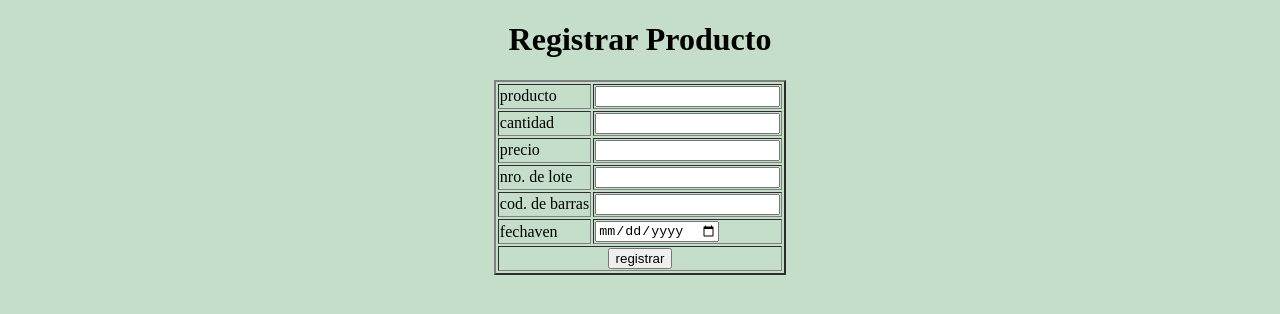
Repository: DannyVess/LPII_CL2_LEON
Page: http://localhost/LPII_CL2_LEONALMERCODANIEL/FrmActualizarProveedor.jsp
The author's editor kept a copy of each file at every save. The page is drawn from the files as they stood at one save, then again after the next save.
The browser window is 1280 px wide. The pictures show the whole page.
The page is served by Tomcat 9.

Above is the page before, as saved 2025-02-09 22:54:01.

After the next save:
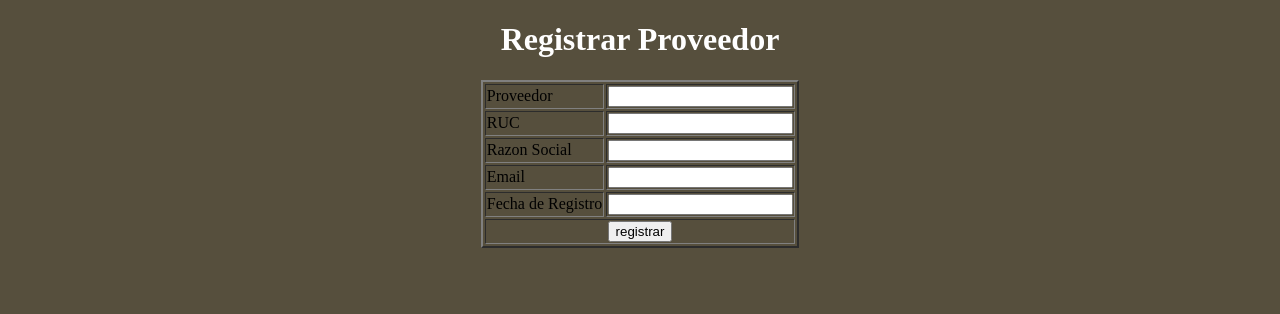
Saved 96 s later.
--- a/LPII_CL2_LEONALMERCODANIEL/src/main/webapp/FrmActualizarProveedor.jsp
+++ b/LPII_CL2_LEONALMERCODANIEL/src/main/webapp/FrmActualizarProveedor.jsp
@@ -4,42 +4,40 @@
 <html>
 <head>
 <meta http-equiv="Content-Type" content="text/html; charset=ISO-8859-1">
-<title>Registrar Producto</title>
+<title>Lista Proveedores</title>
 </head>
-<body bgcolor="#c5dec9">
-<h1 align="center">Registrar Producto</h1>
+<body bgcolor="#564f3d">
+	<h1 align="center" style="color: white;">Registrar Proveedor</h1>
 
-<form method="post" action="ControladorProducto">
-<table align="center" border="2">
-<tr>
-<td>producto</td>
-<td><input type="text" name="producto"></td>
-</tr>
-<tr>
-<td>cantidad</td>
-<td><input type="text" name="cantidad"></td>
-</tr>
-<tr>
-<td>precio</td>
-<td><input type="text" name="precio"></td>
-</tr>
-<tr>
-<td>nro. de lote</td>
-<td><input type="text" name="lote"></td>
-</tr>
-<tr>
-<td>cod. de barras</td>
-<td><input type="text" name="codbarras"></td>
-</tr>
-<tr>
-<td>fechaven</td>
-<td><input  type="date" name="fechaven"></td>
-</tr>
-<tr>
-<td colspan="2" align="center">
-<input type="submit"  value="registrar"></td>
-</tr>
-</table>
-</form>
+	<table align="center" border="2">
+		<form method="post" action="ControladorProveedor">
+			<tr>
+				<td>Proveedor</td>
+				<td><input type="text" name="proveedor"></td>
+			</tr>
+			<tr>
+				<td>RUC</td>
+				<td><input type="text" name="ruc"></td>
+			</tr>
+			<tr>
+				<td>Razon Social</td>
+				<td><input type="text" name="rsocial"></td>
+			</tr>
+			<tr>
+				<td>Email</td>
+				<td><input type="text" name="correo"></td>
+			</tr>
+			<tr>
+				<td>Fecha de Registro</td>
+				<td><input type="text" name="fecha"></td>
+			</tr>
+
+			<tr>
+				<td colspan="2" align="center"><input type="submit"
+					value="registrar"></td>
+			</tr>
+		</form>
+	</table>
+
 </body>
 </html>

After the save that followed:
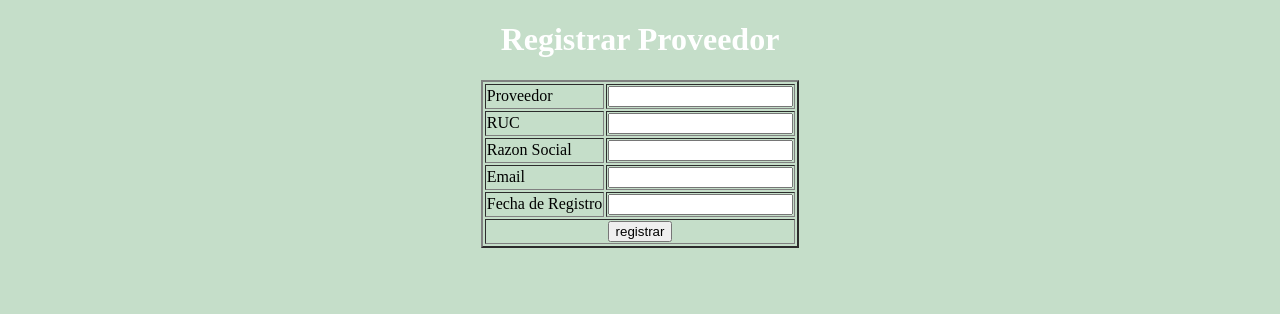
Saved 38 s later.
--- a/LPII_CL2_LEONALMERCODANIEL/src/main/webapp/FrmActualizarProveedor.jsp
+++ b/LPII_CL2_LEONALMERCODANIEL/src/main/webapp/FrmActualizarProveedor.jsp
@@ -6,7 +6,7 @@
 <meta http-equiv="Content-Type" content="text/html; charset=ISO-8859-1">
 <title>Lista Proveedores</title>
 </head>
-<body bgcolor="#564f3d">
+<body bgcolor="#c5dec9">
 	<h1 align="center" style="color: white;">Registrar Proveedor</h1>
 
 	<table align="center" border="2">
